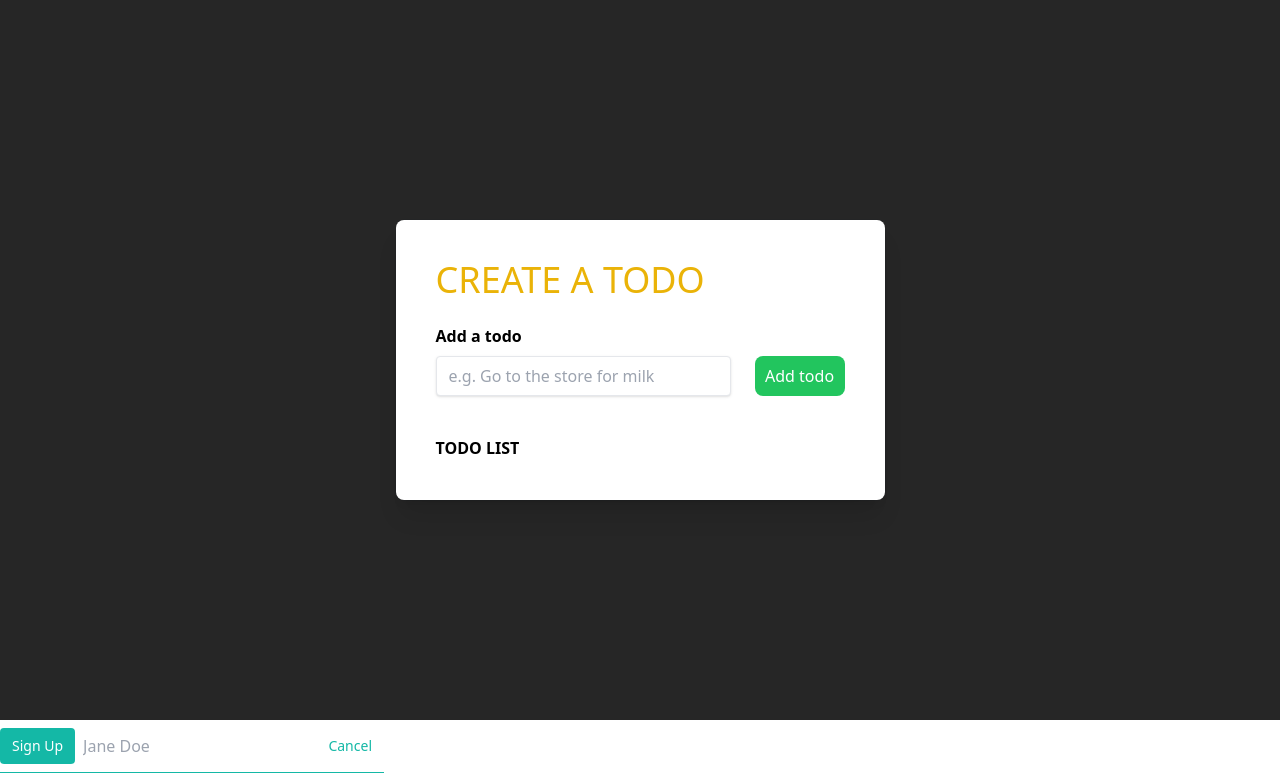
Repository: Kajo-lab/vue-todo
Page: /
These files come from the project's save history. The page is drawn as it stood at one moment and after the next save; the edit follows.
The browser window is 1280 px wide. The pictures show the whole page.
The project was rebuilt for these pictures with package versions that can differ from the ones it lists, and the page was loaded fresh each time. Also part of the build but not shown: vite.config.js, webpack.config.js.

Above is the page before, as saved 2022-07-07 18:03:13.

### src/main.js
import { createApp } from 'vue'
import App from './App.vue'
import "./assets/tailwind.css";

createApp(App).mount('#app')

### src/App.vue
<script setup>
import { ref, onMounted, computed, watch } from 'vue'

const todos = ref([])
const name = ref('')

const input_content = ref('')

const todos_asc = computed(() => todos.value.sort((a,b) =>{
	return a.createdAt - b.createdAt
}))

watch(name, (newVal) => {
	localStorage.setItem('name', newVal)
})

watch(todos, (newVal) => {
	localStorage.setItem('todos', JSON.stringify(newVal))
}, {
	deep: true
})

const addTodo = () => {
  if (input_content.value.trim() === '') {
    return
  }

	todos.value.push({
		content: input_content.value,
		done: false,
		editable: false,
		createdAt: new Date().getTime()
	})

	input_content.value = ''
}

const removeTodo = (todo) => {
	todos.value = todos.value.filter((t) => t !== todo)
}

onMounted(() => {
	name.value = localStorage.getItem('name') || ''
	todos.value = JSON.parse(localStorage.getItem('todos')) || []
})
</script>

<template>

<main class="relative flex min-h-screen flex-col justify-center overflow-hidden bg-neutral-800 py-6 sm:py-12">
	<div class="relative bg-white px-6 pt-10 pb-8 shadow-xl ring-1 ring-gray-900/5 sm:mx-auto sm:max-w-lg sm:rounded-lg sm:px-10">
		<section class="mb-10">
		<h1 class="text-4xl text-yellow-500 mb-6">CREATE A TODO</h1>
				<h3 class="mb-2 font-bold">Add a todo</h3>
				<form id="new-todo-form" class="flex gap-6" @submit.prevent="addTodo">
					<input
						class="shadow appearance-none border rounded w-full py-2 px-3 text-gray-700 leading-tight focus:outline-none focus:shadow-outline"
						type="text"
						name="content"
						id="content"
						placeholder="e.g. Go to the store for milk"
						v-model="input_content" />

					<input type="submit" value="Add todo" class="h-10 w-32 text-white rounded-lg bg-green-500 hover:bg-green-600"/>
				</form>
		</section>

		<section>
				<h3 class="mb-2 font-bold">TODO LIST</h3>
				<div id="todo-list ">
					<div class="flex mb-4" v-for="todo in todos_asc" :class="`todo-item ${todo.done && 'done'}`">

						<div class="flex gap-6 todo-content">
						<label>
							<input type="checkbox" v-model="todo.done" />
							<span class="bubble"></span>
						</label>


							<input
							class=" shadow appearance-none border-none rounded w-full py-2 px-3 text-gray-700 leading-tight focus:outline-none focus:shadow-outline"
							type="text"
							v-model="todo.content" />

							<button class="h-10 w-20 text-white rounded-lg bg-red-500 hover:bg-red-600" @click="removeTodo(todo)">Delete</button>
						</div>
					</div>

				</div>
		</section>
	</div>
</main>



<form class="w-full max-w-sm">
  <div class="flex items-center border-b border-teal-500 py-2">
	    <button class="flex-shrink-0 bg-teal-500 hover:bg-teal-700 border-teal-500 hover:border-teal-700 text-sm border-4 text-white py-1 px-2 rounded" type="button">
      Sign Up
    </button>
    <input class="appearance-none bg-transparent border-none w-full text-gray-700 mr-3 py-1 px-2 leading-tight focus:outline-none" type="text" placeholder="Jane Doe" aria-label="Full name">

    <button class="flex-shrink-0 border-transparent border-4 text-teal-500 hover:text-teal-800 text-sm py-1 px-2 rounded" type="button">
      Cancel
    </button>
  </div>
</form>
</template>

<style src="./assets/tailwind.css"></style>

### src/assets/tailwind.css
@tailwind base;
@tailwind components;
@tailwind utilities;


.bubble {
	display: flex;
	align-items: center;
	justify-content: center;
	width: 20px;
	height: 20px;
	border-radius: 50%;
	border: 2px solid var(--business);
	box-shadow: var(--business-glow);
}


.todo-item label {
    @apply block mr-4 cursor-pointer ;
}


.todo-item.done .todo-content input {
	text-decoration: line-through;
	color: gray;
}

Loaded but not shown: tailwind.config.js (common file)

After the next save:
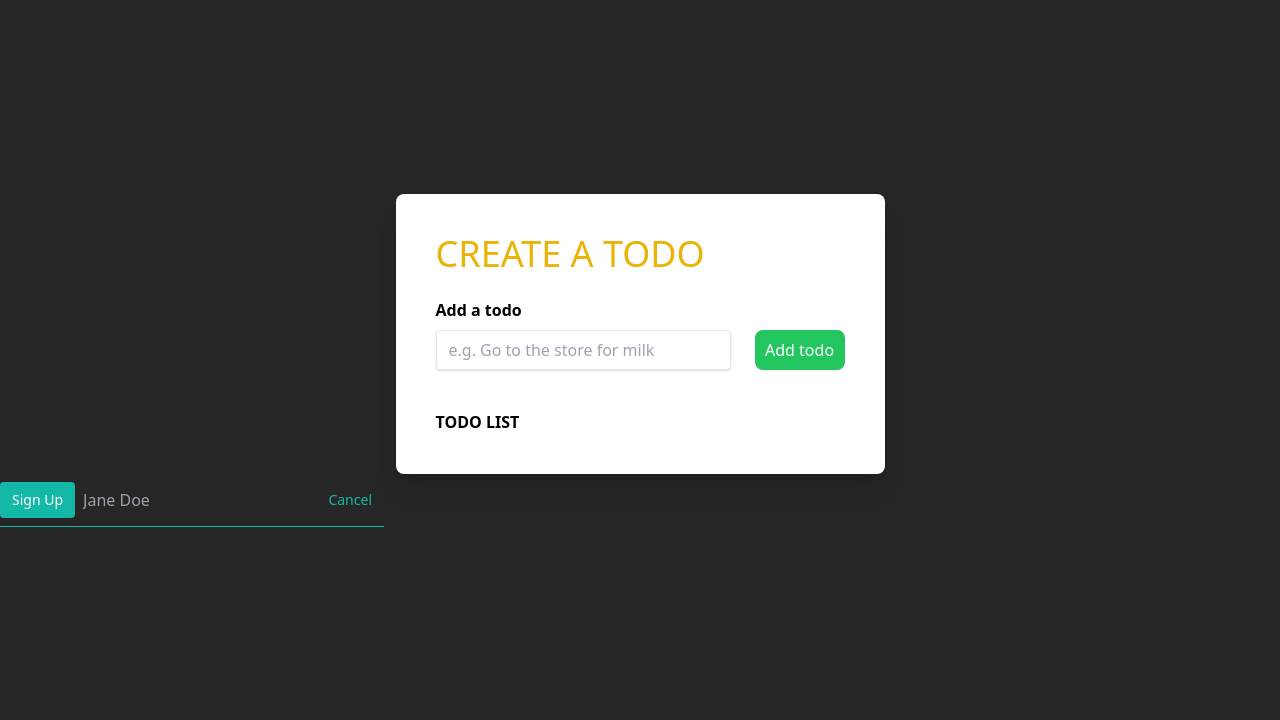
Saved 8 s later.
--- a/src/App.vue
+++ b/src/App.vue
@@ -89,11 +89,9 @@ onMounted(() => {
 				</div>
 		</section>
 	</div>
-</main>
 
 
-
-<form class="w-full max-w-sm">
+	<form class="w-full max-w-sm">
   <div class="flex items-center border-b border-teal-500 py-2">
 	    <button class="flex-shrink-0 bg-teal-500 hover:bg-teal-700 border-teal-500 hover:border-teal-700 text-sm border-4 text-white py-1 px-2 rounded" type="button">
       Sign Up
@@ -105,6 +103,12 @@ onMounted(() => {
     </button>
   </div>
 </form>
+</main>
+
+
+
+
+
 </template>
 
 <style src="./assets/tailwind.css"></style>
